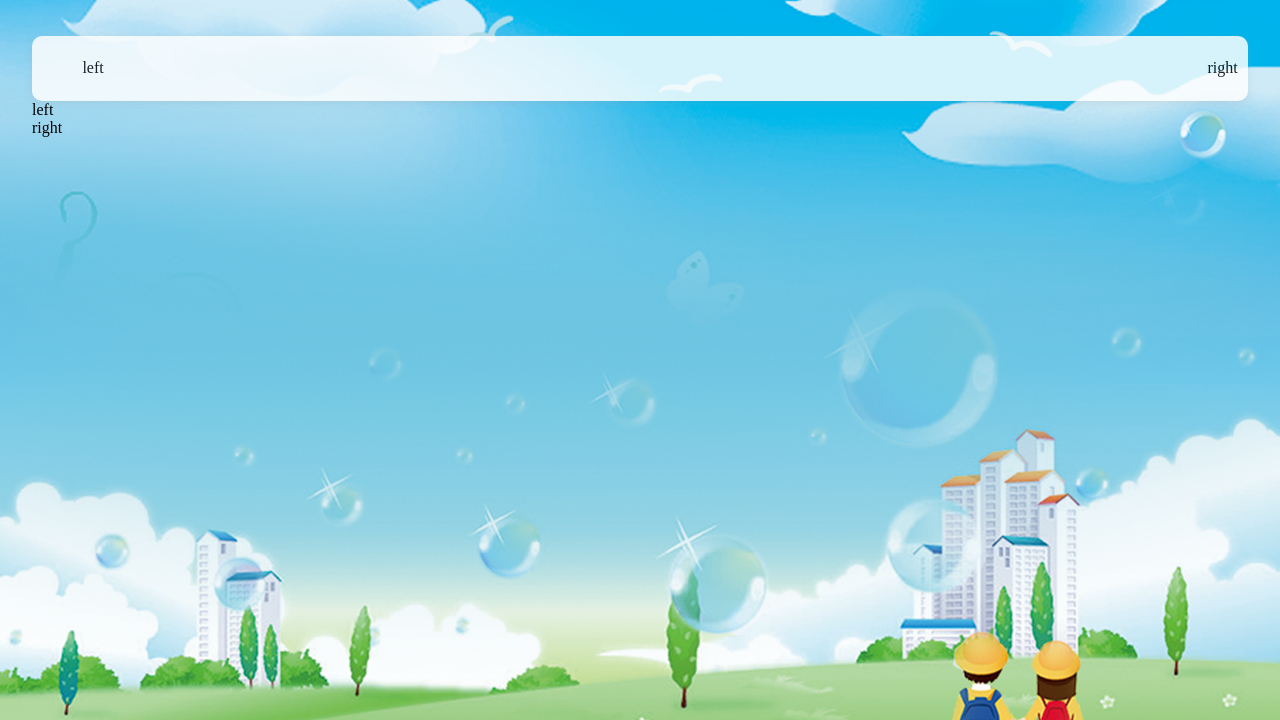
Repository: huangdesheng/classBrand
Page: / (app in classBrand/)
These files come from the project's save history. The page is drawn as it stood at one moment and after the next save; the edit follows.
The browser window is 1280 px wide. The pictures show the whole page.
The project was rebuilt for these pictures with package versions that can differ from the ones it lists, and the page was loaded fresh each time.

Above is the page before, as saved 2019-08-23 09:50:10.

### classBrand/index.html
<!DOCTYPE html>
<html>
  <head>
    <meta charset="utf-8">
    <meta name="viewport" content="width=device-width,initial-scale=1.0">
    <title>classbrand</title>
  </head>
  <body>
    <div id="app"></div>
    <!-- built files will be auto injected -->
  </body>
</html>

### classBrand/src/App.vue
<template>
  <div id="app">
    <router-view />
  </div>
</template>

<script>
export default {
  name: "App"
};
</script>

<style lang="less">
.bt {
  width: 100vw;
  height: 100vh;
  background: url(./assets/bg/bg.png);
  background-size: 100% 100%;
  background-repeat: no-repeat;
  background-position: center;
  position: fixed;
  left: 0;
  top: 0;
  display: flex;
  justify-content: center;
  align-items: center;
}
#app {
  .bt;
}
</style>

### classBrand/src/router/index.js
import Vue from 'vue'
import Router from 'vue-router'
import index from '@/views/index'

Vue.use(Router)

export default new Router({
  routes: [{
    path: '/',
    name: 'index',
    component: index
  }]
})

### classBrand/src/views/index/index.vue
<template>
  <div id="index">
    <header>
      <ul>
        <li>left</li>
        <li>right</li>
      </ul>
    </header>
    <section>
      <aside>left</aside>
      <aside>right</aside>
    </section>
  </div>
</template>

<script>
export default {};
</script>

<style lang="less" scoped>
.bt {
  background: rgba(255, 255, 255, 1);
  box-shadow: 0px 2px 7px 0px rgba(161, 157, 157, 0.23);
  opacity: 0.84;
  border-radius: 10px;
}
.flex {
  display: flex;
  justify-content: space-between;
  align-items: center;
}
#index {
  width: 95%;
  height: 90%;
  header {
    .bt;
    height: 10%;
    width: 100%;
    > ul {
      list-style: none;
      width: 95%;
      height: 100%;
      margin: 0 auto;
      display: flex;
      justify-content: space-between;
      align-items: center;
    }
  }
}
</style>

Loaded but not shown: classBrand/src/main.js (common file)

After the next save:
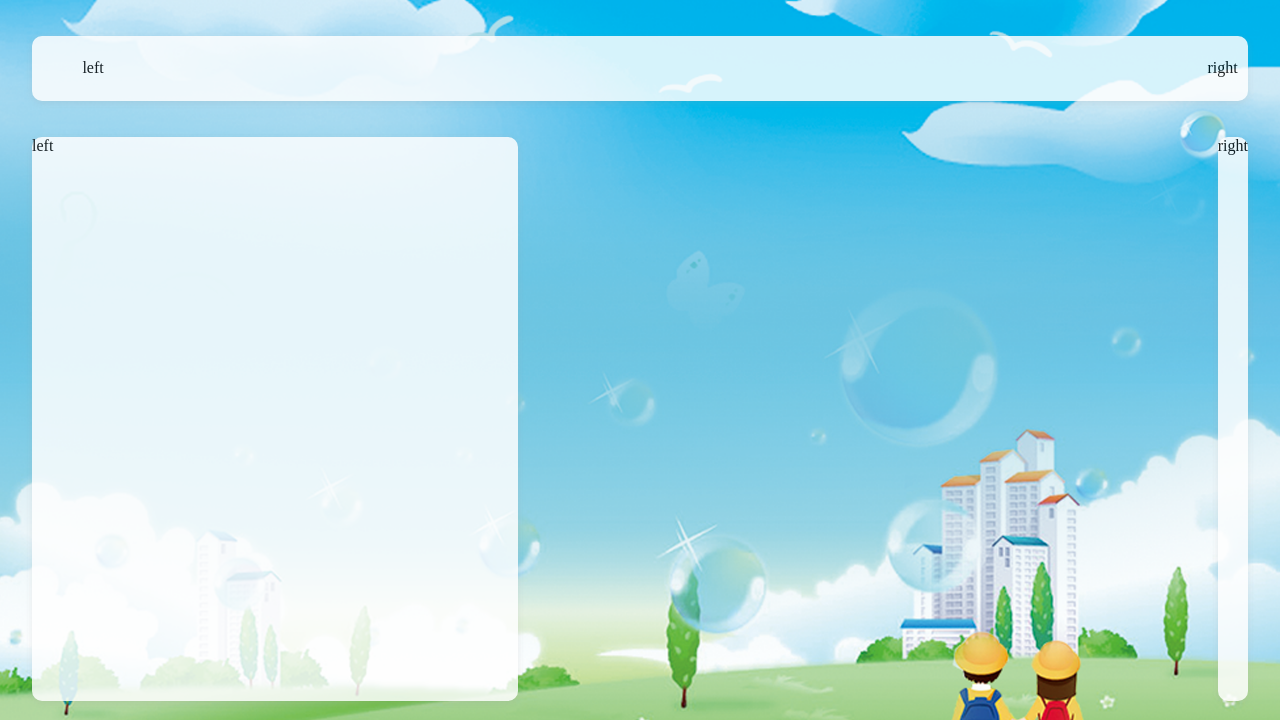
Saved 3 min 4 s later.
--- a/classBrand/src/views/index/index.vue
+++ b/classBrand/src/views/index/index.vue
@@ -46,5 +46,18 @@ export default {};
       align-items: center;
     }
   }
+  section {
+    .flex;
+    width: 100%;
+    margin-top: 3%;
+    height: 87%;
+    aside {
+      .bt;
+      height: 100%;
+      &:nth-of-type(1) {
+        width: 40%;
+      }
+    }
+  }
 }
 </style>
